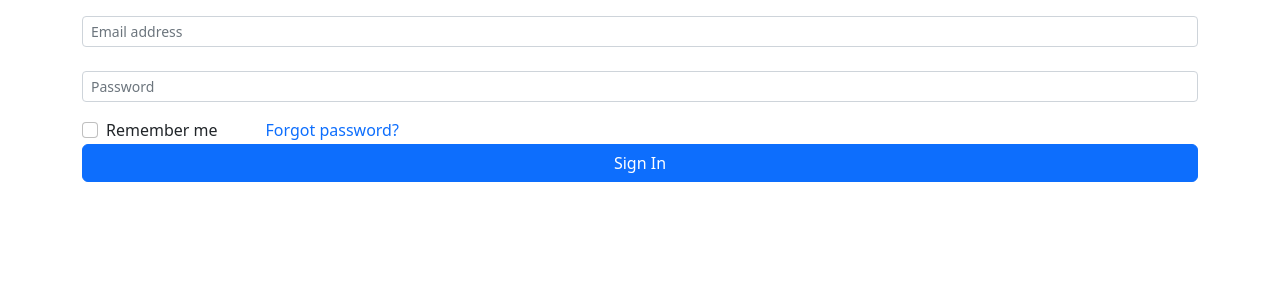
Repository: NPhanA/React2022
Page: / (app in Day 03-React/exercise/)
An editor plug-in stored every save of this project. The page is shown before and after the next save, followed by the edit.
The browser window is 1280 px wide. The pictures show the whole page.
The project was rebuilt for these pictures with package versions that can differ from the ones it lists, and the page was loaded fresh each time. Also part of the build but not shown: Day 03-React/exercise/src/App.css, Day 03-React/exercise/src/App.js, Day 03-React/exercise/src/Components/UserAgent.js, Day 03-React/exercise/src/Components/ProfileCard.js.

Above is the page before, as saved 2022-07-26 22:19:05.

### Day 03-React/exercise/src/index.js
import React from 'react';
import ReactDOM from 'react-dom/client';
import './index.css';
import App from './App';
import reportWebVitals from './reportWebVitals';
import 'bootstrap/dist/css/bootstrap.min.css';
import {createRoot} from 'react-dom/client';
import UserAgent from './Components/UserAgent';
import App1 from './Components/ProfileCard';
import ProfileCard from './Components/ProfileCard';
import SignInForm from './Components/SignInForm';
const container = document.getElementById('root');
const root = createRoot(container);
root.render(<SignInForm />);

### Day 03-React/exercise/src/Components/SignInForm.js
function SignInForm() {
    return (
        <div className="container ">
            <div className="row justify-content-center ">
                <div className="col-xs-12 col-xxl-3">
                <form className="form-inline">
                    <div className="col-xs-12 col-xxl-12">
                        <input type="email" className="form-control form-control-sm mt-3 mb-4" placeholder="Email address" required></input>
                        <input type="password" className="form-control form-control-sm" placeholder="Password" required></input>
                    </div>
                    <div class="form-check mt-3 ">
                        <input className="form-check-input" type="checkbox" value="" id="flexCheckDefault"></input>
                        <label class="form-check-label" for="flexCheckDefault">
                            Remember me
                        </label>
                        <span className="text-primary ms-5">Forgot password?</span>
                    </div>
                    <div class="d-grid gap-2">
                        <button class="btn btn-primary" type="button">Sign In</button>
                    </div>
                </form>
                </div>
            </div>
        </div>
    );
}

export default SignInForm;

Loaded but not shown: Day 03-React/exercise/public/index.html (common file); Day 03-React/exercise/src/index.css (common file); Day 03-React/exercise/src/reportWebVitals.js (common file)

After the next save:
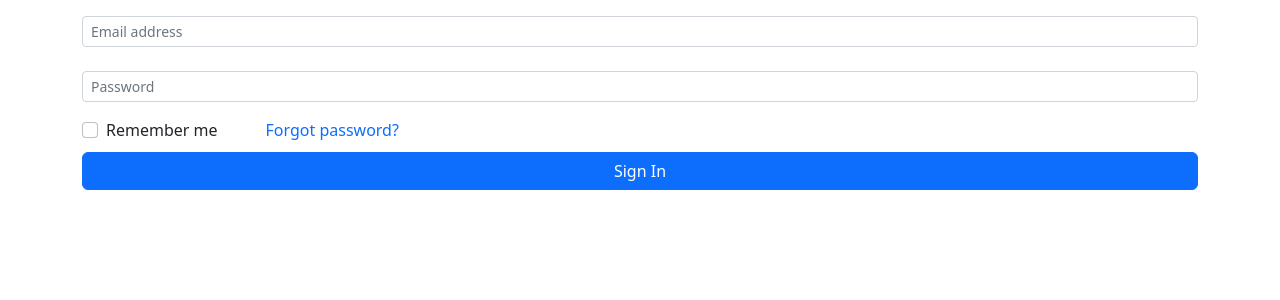
Saved 6 s later.
--- a/Day 03-React/exercise/src/Components/SignInForm.js
+++ b/Day 03-React/exercise/src/Components/SignInForm.js
@@ -16,7 +16,7 @@ function SignInForm() {
                         <span className="text-primary ms-5">Forgot password?</span>
                     </div>
                     <div class="d-grid gap-2">
-                        <button class="btn btn-primary" type="button">Sign In</button>
+                        <button class="btn btn-primary mt-2" type="button">Sign In</button>
                     </div>
                 </form>
                 </div>
